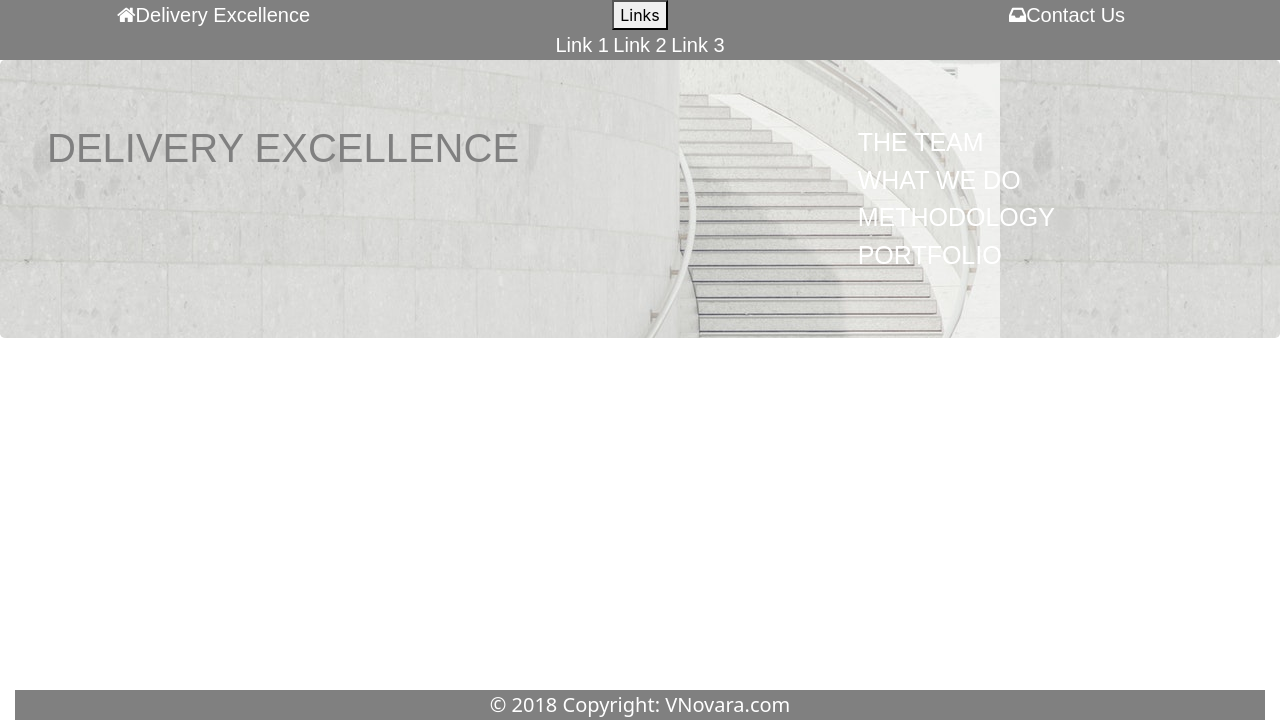
Repository: valenovi76/DeliveryExcellence
Page: index.html
The author's editor kept a record of every edit. The page is drawn from the files as they stood at one moment, then again after the next edit.
The browser window is 1280 px wide. The pictures show the whole page.

Above is the page before.

### index.html
<!DOCTYPE html>
<html lang="en">
<head>
    <meta charset="UTF-8">
    <meta name="viewport" content="width=device-width, initial-scale=1.0">
    <meta http-equiv="X-UA-Compatible" content="ie=edge">
    <link rel="stylesheet" href="https://stackpath.bootstrapcdn.com/bootstrap/4.3.1/css/bootstrap.min.css" integrity="sha384-ggOyR0iXCbMQv3Xipma34MD+dH/1fQ784/j6cY/iJTQUOhcWr7x9JvoRxT2MZw1T" crossorigin="anonymous">
    <link rel="stylesheet" href="https://stackpath.bootstrapcdn.com/font-awesome/4.7.0/css/font-awesome.min.css" type="text/css" />
    <link rel="stylesheet" href="https://cdnjs.cloudflare.com/ajax/libs/hover.css/2.3.1/css/hover-min.css" type="text/css" />
    <link rel="stylesheet" href="./assets/style.css" type="text/css" />
    <title>Document</title>
</head>
<body>
    <header>
        <div class="container-fluid">
            <div class= "row">
                <div class="col-sm home">
                    <a href="index.html" class="hvr-sweep-to-bottom"><i class="fa fa-home" aria-hidden="true"></i><span>Delivery Excellence</span></a>
                </div>

                <div class="col-sm links">
                    <div class="dropdown">
                      <button class="dropbtn">Links</button>
                          <div class="dropdown-content">
                            <a href="#">Link 1</a>
                            <a href="#">Link 2</a>
                            <a href="#">Link 3</a>
                          </div>
                    </div>
                </div>

                <div class="col-sm contact">
                    <a href="#" class="hvr-sweep-to-bottom"><i class="fa fa-inbox" aria-hidden="true"></i><span>Contact Us</span></a>
                </div>

            </div>
        </div>
    </header>
    <section>

         <!-- Parallax 1-->


      <div class="jumbotron paral paralsec1">
          <div class="container-fluid">
              <div class="row">
                  <div class="col-8">
                      <h1 class "main_title">Delivery Excellence</h1>
                  </div>

                  <div class="col-4">
                          <nav class="nav flex-column" "text-justify">
    					  <a class="nav-link-who-we-are" href="who_we_are.html" target="_blank"><span>The team</span></a>
    					  <a class="nav-link-what-we-do" href="what_we_do.html" target="_blank"><span>What we do</span></a>
    					  <a class="nav-link-how-we-do-it" href="how_we_do_it.html" target="_blank"><span>Methodology</span></a>
    					  <a class="nav-link-portfolio" href="portfolio.html" target="_blank"><span>Portfolio</span></a>
                      </nav>
                  </div>
              </div>
          </div>
      </div>




    </section>

    <footer class="container-fluid font-small blue fixed-bottom">
                <div class="footer-copyright">
                    <a href="https://mdbootstrap.com/education/bootstrap/"> © 2018 Copyright: VNovara.com</a>
                </div>
    </footer>



</body>
</html>

### assets/style.css
/*----------------------------Header-----------------------*/

header{
    background-color:grey;
}
.col-sm {
    text-align:center;
}

header a{
    font-family: "Fjalla Ona", sans-serif;
    font-weight: 100;
    font-size: 20px;
    color:white;
    text-align: center;
}

 heaeder a:hover {
  color: grey;
  text-decoration: none;
 }

.fa-grip-lines {
    color:#fafafa;
}

/*----------------------------navbar-----------------------*/
nav a {
    font-family: "Fjalla Ona", sans-serif;
    font-weight: 100;
    font-size: 25px;
    color:white;
    text-transform:uppercase;
    text-align: left;

}
 nav a:hover {
  color: grey;
  text-decoration: none;
 }
/*----------------------------Footer-----------------------*/
.container-fluid{
    margin-left: 0;
    margin-right:0;
}
.footer-copyright{
    background-color: grey;
    text-align: center;
}

.footer-copyright a {
    font-family:"Noto sans", sans-serif;
    font-weight:100;
    font-size:20px;
    color:white;
}

/*----------------------------Parallax1-----------------------*/

.paralsec1{
    background-image: url("../assets/Stairs.jpg");
    font-family: "Fjalla Ona", sans-serif;
    font-weight:lighter;
    text-transform: uppercase;
    font-size: 300px;
    color:grey;

}

After the next edit:
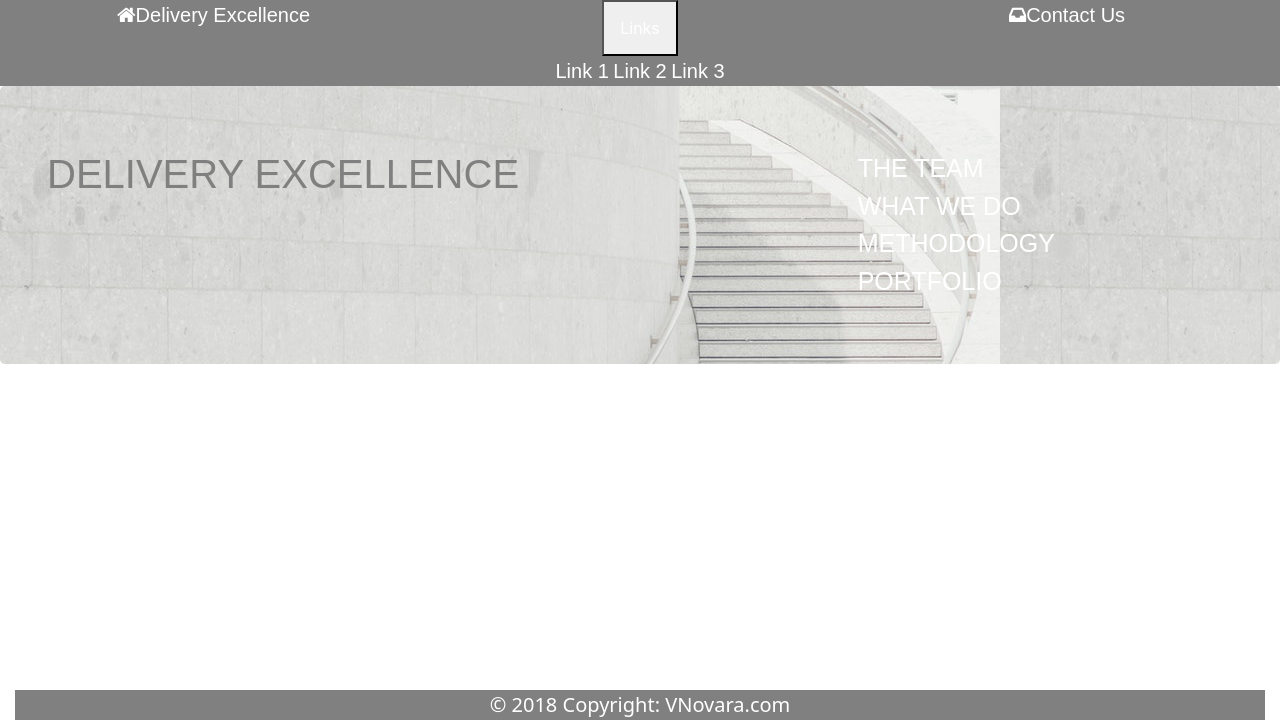
The edit:
--- a/assets/style.css
+++ b/assets/style.css
@@ -38,6 +38,15 @@
   color: grey;
   text-decoration: none;
  }
+
+ .dropbtn {
+  display: inline-block;
+  color: white;
+  text-align: center;
+  padding: 14px 16px;
+  text-decoration: none;
+}
+
 /*----------------------------Footer-----------------------*/
 .container-fluid{
     margin-left: 0;

After the edit that followed:
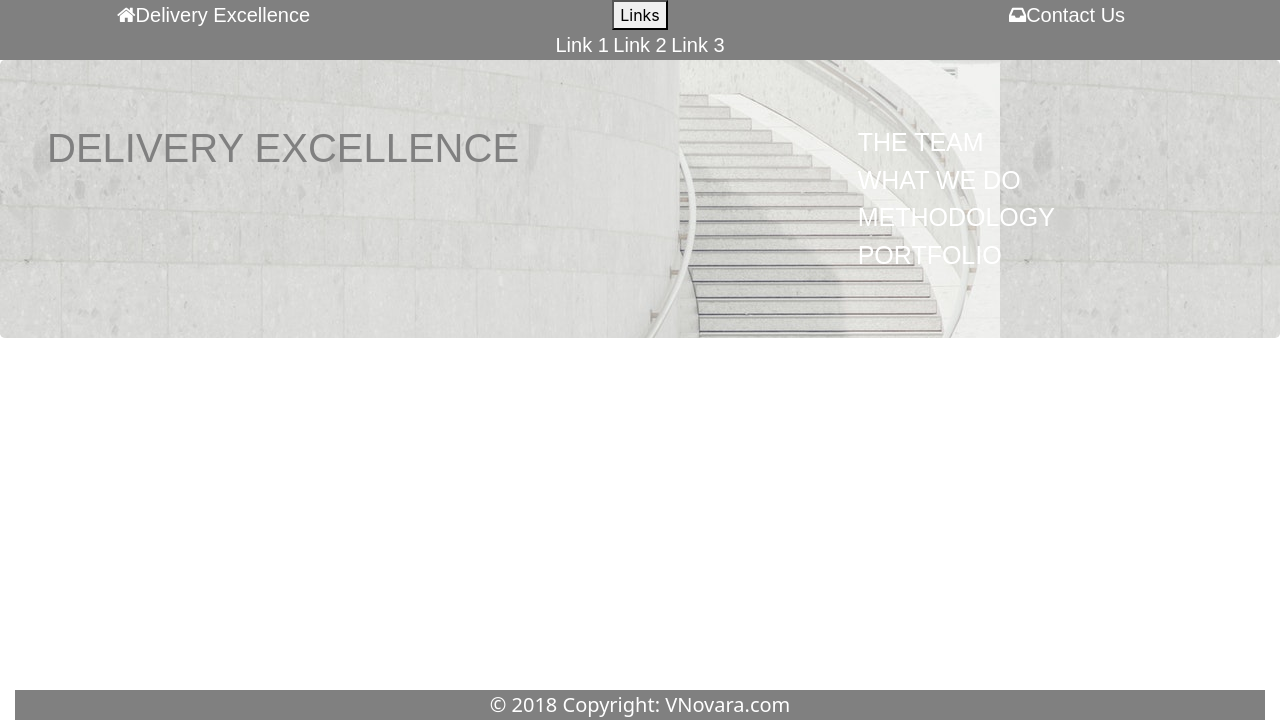
The edit:
--- a/assets/style.css
+++ b/assets/style.css
@@ -39,13 +39,6 @@
   text-decoration: none;
  }
 
- .dropbtn {
-  display: inline-block;
-  color: white;
-  text-align: center;
-  padding: 14px 16px;
-  text-decoration: none;
-}
 
 /*----------------------------Footer-----------------------*/
 .container-fluid{
